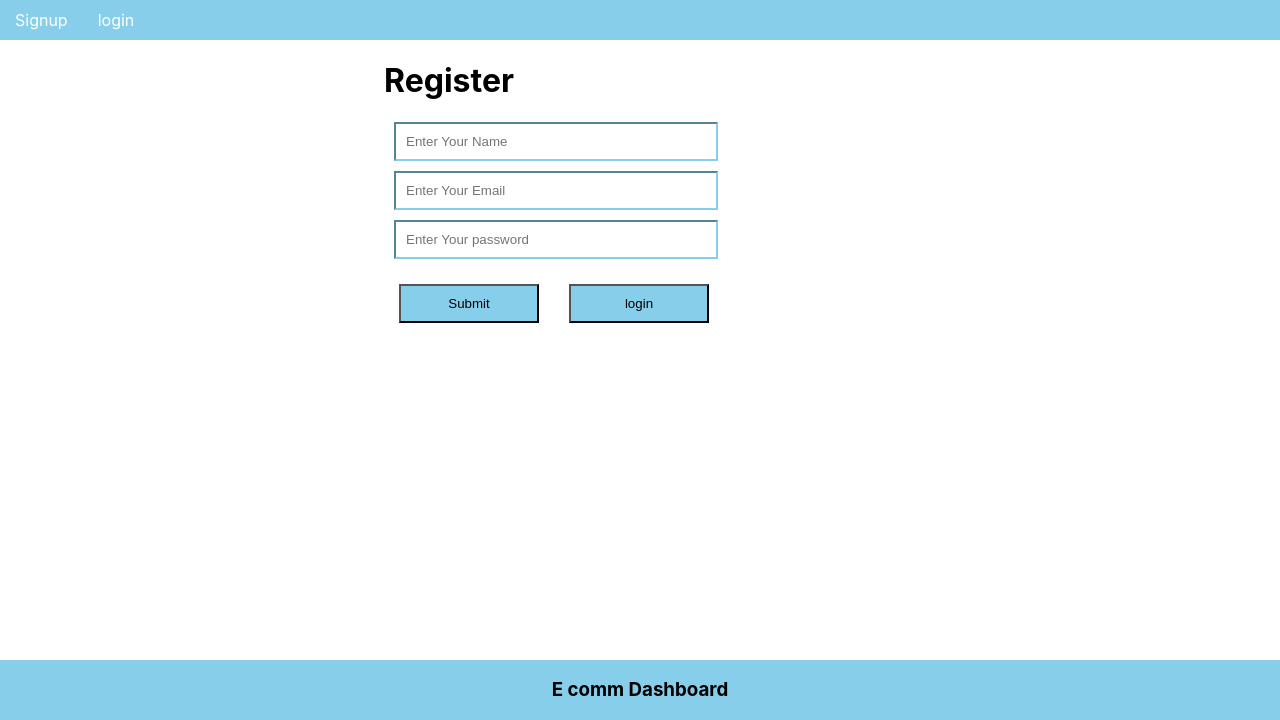
Repository: ShahbazGurmani/react-code-e-dashboard
Page: /logout
An editor plug-in stored every save of this project. The page is shown before and after the next save, followed by the edit.
The browser window is 1280 px wide. The pictures show the whole page.
The project was rebuilt for these pictures with package versions that can differ from the ones it lists, and the page was loaded fresh each time. Also part of the build but not shown: src/components/Login.js.

Above is the page before, as saved 2023-08-24 23:41:09.

### src/App.js

import './App.css';
import Nav from './components/Nav';

import { BrowserRouter, Route, Routes } from 'react-router-dom';
import Footer from './components/Footer';
import Signup from './components/Signup';
import PrivateCom from './components/PrivateCom';
import Login from './components/Login';
function App() {
  return (
    <div className="App">
      <BrowserRouter>
        <Nav/>
        <Routes>

          <Route element={<PrivateCom/>}>
           <Route path='/' element={<h1>Product Listing Component</h1>}/>
           <Route path='/add' element={<h1>Add Product Component</h1>}/>
           <Route path='/update' element={<h1>Products Update Component</h1>}/>
           <Route path='/logout' element={<h1>Logout Component</h1>}/>
           <Route path='/profile' element={<h1>profile Component</h1>}/>

          </Route>

          <Route path='/signup' element={<Signup/>}/>
          <Route path='/login' element={<Login/>}/>
        </Routes>

        </BrowserRouter>
        <Footer/>
    </div>
  );
}

export default App;

### src/App.css
.nav-ul{
  padding: 0px;
    margin: 0;
    background-color: skyblue;
}

.nav-ul li{
  display: inline-block;
  padding: 10px;

}

.nav-ul li a{
  color: white;
    padding: 5px;
    text-decoration: none;
}
.footer{
  background-color: skyblue;
    position: absolute;
    bottom: 0;
    text-align: center;
    width: 100%;
}
.register{
  margin-left: 30%;
}
.login{
  margin-left: 30%;
}
.loginInputbox{
  display: block;
  padding: 10px;
  margin: 10px;
  width: 300px;
  border-color: skyblue;
}
.inputBox{
  display: block;
    padding: 10px;
    margin: 10px;
    width: 300px;
    border-color: skyblue;
}
.button{
  margin: 15px;
    padding: 10px;
    width: 140px;
    background-color: skyblue;
    cursor: pointer;
}
.nav-right{
  text-align: right;
}


@media (prefers-reduced-motion: no-preference) {
  .App-logo {
    animation: App-logo-spin infinite 20s linear;
  }
}

.App-header {
  background-color: #282c34;
  min-height: 100vh;
  display: flex;
  flex-direction: column;
  align-items: center;
  justify-content: center;
  font-size: calc(10px + 2vmin);
  color: white;
}

.App-link {
  color: #61dafb;
}

@keyframes App-logo-spin {
  from {
    transform: rotate(0deg);
  }
  to {
    transform: rotate(360deg);
  }
}

### src/components/Nav.js

import { Link, useNavigate, } from "react-router-dom";

const Nav = ()=>{
const auth  = localStorage.getItem('user');
const navigate = useNavigate();

  const  logout = ()=>{
    localStorage.clear();
    navigate('/signup');
  }
    return(
        <div>
            { auth  ?
              <ul className="nav-ul">
                 <li><Link to="/">Product</Link></li>
                 <li><Link to="/add">Add Product</Link></li>
                 <li><Link to="/update">Update Product</Link></li>
                 <li><Link to="/profile">profile</Link></li>
                 <li><Link onClick={logout} to="/singup" >Logout</Link></li>
               </ul> :
                <ul className="nav-ul">
                  <li><Link to="/signup">Signup</Link></li>
                  <li><Link to="/login">login</Link></li>
                </ul>

          }
        </div>
    )

}

export default Nav;

### src/components/Footer.js
import React from "react";

const Footer =()=>
{

    return(
        <div className="footer">
            <h3>E comm Dashboard </h3>
        </div>
    )
}

export default Footer;

### src/components/Signup.js
import React, { useEffect, useState } from "react";
import { json } from "react-router-dom";
import { useNavigate } from "react-router-dom";

const Signup = () => {
  const [name, setName] = useState("");
  const [email, setEmail] = useState("");
  const [password, setPassword] = useState("");

 const navigate = useNavigate();
  useEffect(()=>{
    const auth = localStorage.getItem('user');
    if(auth)
    {
        navigate("/")
    }
  },[])


  const collectData = async () => {
    console.warn(name, email, password);
    let result = await fetch("http://localhost:4500/register", {
      method: "post",
      body: JSON.stringify({ name, email, password }),
      headers: {
        "Content-Type": "application/json",
      },
    });
    result = await result.json();
    localStorage.setItem("user", JSON.stringify(result));
    if (result) {
      navigate("/");
    }
  };

  return (
    <div className="register">
      <h1>Register</h1>
      <input
        className="inputBox"
        type="text"
        value={name}
        onChange={(e) => {
          setName(e.target.value);
        }}
        placeholder="Enter Your Name"
      />

      <input
        className="inputBox"
        type="text"
        value={email}
        onChange={(e) => {
          setEmail(e.target.value);
        }}
        placeholder="Enter Your Email"
      />

      <input
        className="inputBox"
        type="password"
        value={password}
        onChange={(e) => {
          setPassword(e.target.value);
        }}
        placeholder="Enter Your password"
      />

      <button onClick={collectData} className="button" type="submit">
        Submit
      </button>
      <button  className="button" type="submit">
        login
      </button>
    </div>
  );
};

export default Signup;

### src/components/PrivateCom.js
import React from "react";
import { Navigate, Outlet } from "react-router-dom";

const PrivateCom = ()=>{

    const auth = localStorage.getItem('user');
    return auth?<Outlet/>:<Navigate to={'/signup'}/>
}

export default PrivateCom;

Loaded but not shown: public/index.html (common file); src/index.js (common file); src/index.css (common file); src/reportWebVitals.js (common file)

After the next save:
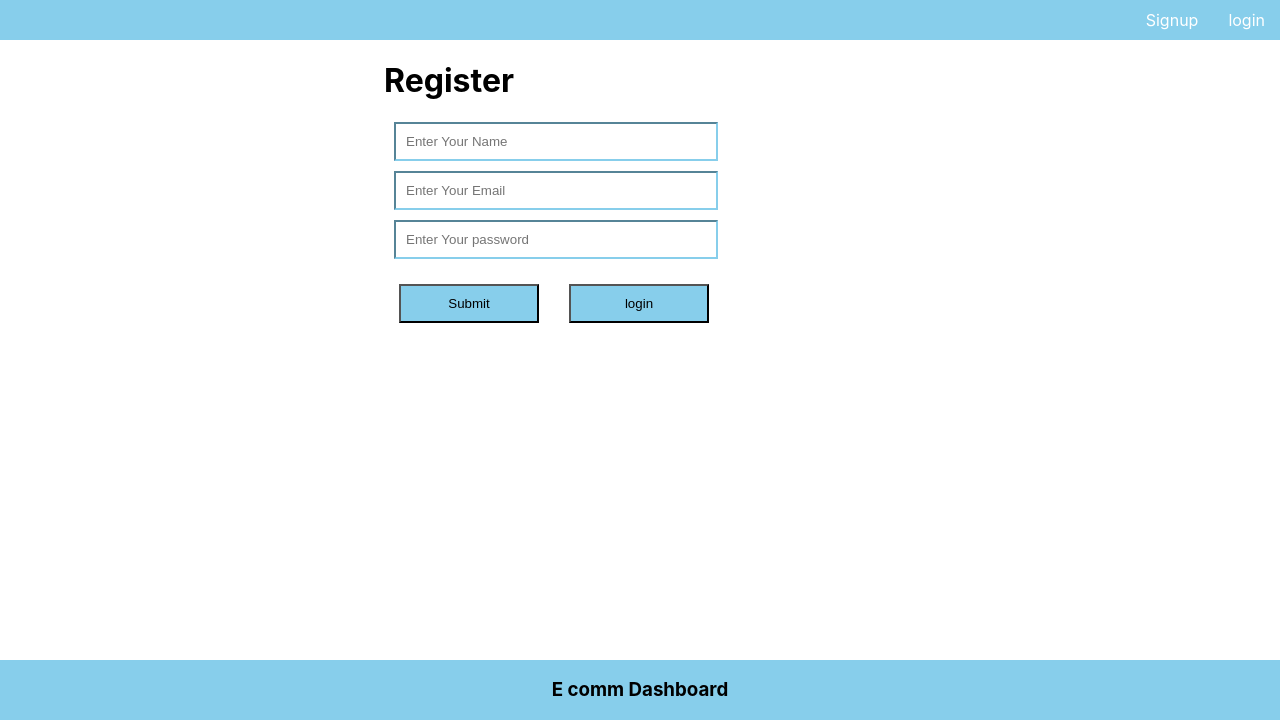
Saved 22 s later.
--- a/src/components/Nav.js
+++ b/src/components/Nav.js
@@ -19,7 +19,7 @@ const navigate = useNavigate();
                  <li><Link to="/profile">profile</Link></li>
                  <li><Link onClick={logout} to="/singup" >Logout</Link></li>
                </ul> :
-                <ul className="nav-ul">
+                <ul className="nav-ul  nav-right">
                   <li><Link to="/signup">Signup</Link></li>
                   <li><Link to="/login">login</Link></li>
                 </ul>
